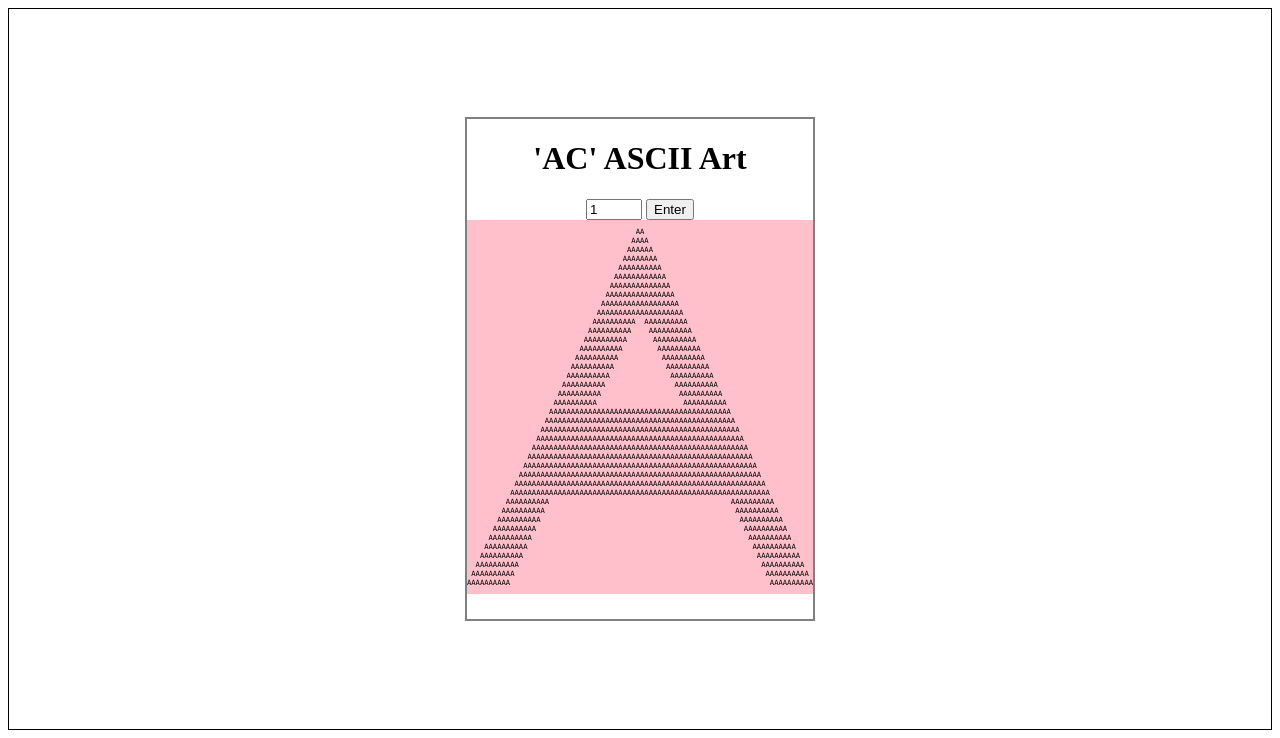
Repository: Achorn/ascii-art
Page: index.html
An editor plug-in stored every save of this project. The page is shown before and after a run of saves, followed by the edit.
The browser window is 1280 px wide. The pictures show the whole page.

Above is the page before, as saved 2021-08-09 18:42:02.

After the next 4 saves:
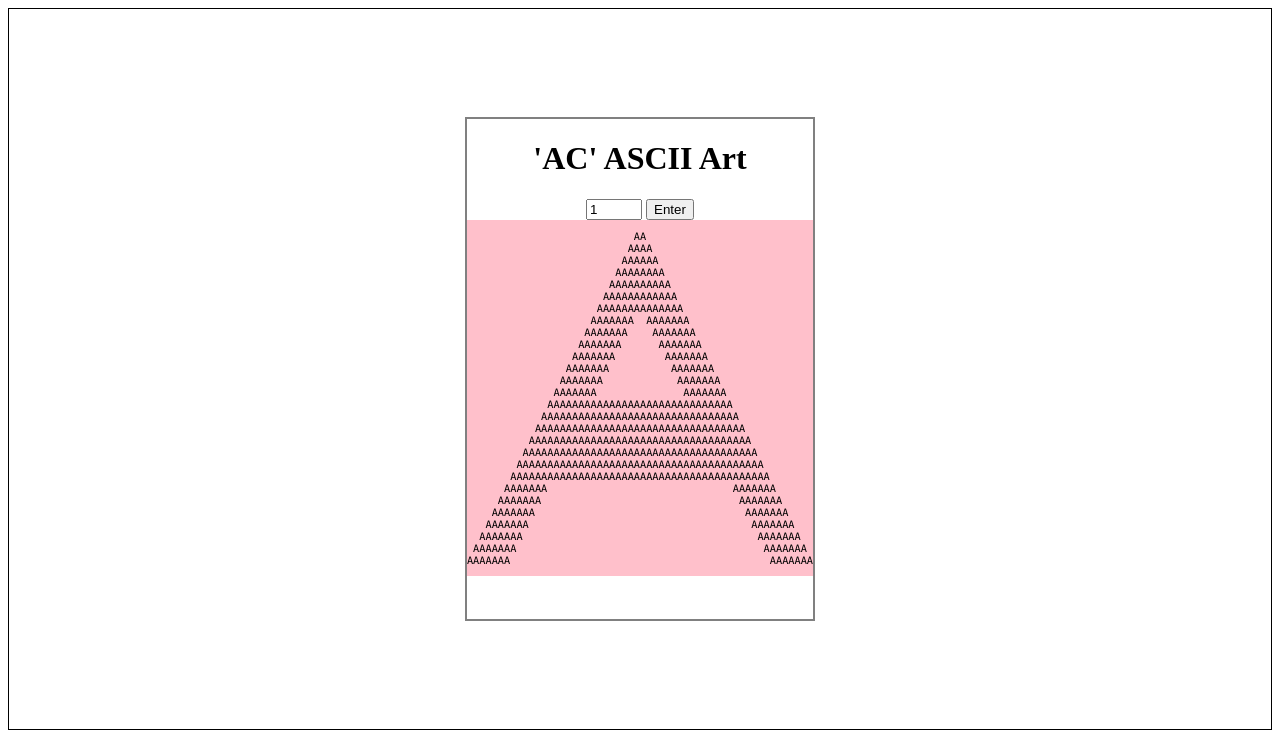
The 4 saves are shown as one change because they came seconds apart.
The last was saved 12 s later.
--- a/myscripts.js
+++ b/myscripts.js
@@ -73,7 +73,7 @@
 
 let monoA = document.getElementById("mono-a");
 let monoC = document.getElementById("mono-c");
-let scale = 10;
+let scale = 7;
 let scaledFour = scaleSpread(four, scale);
 trimA(scaledFour, scale);
 

After the save that followed:
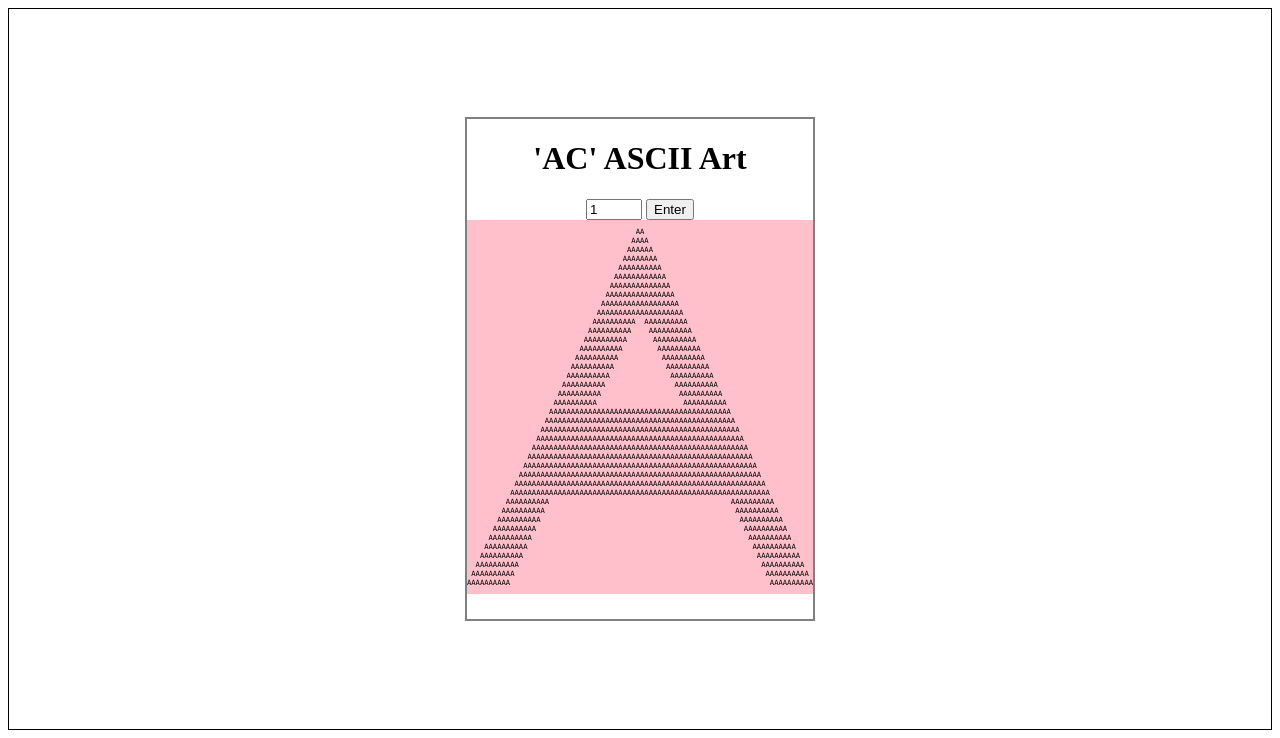
Saved 4 s later.
--- a/myscripts.js
+++ b/myscripts.js
@@ -73,7 +73,7 @@
 
 let monoA = document.getElementById("mono-a");
 let monoC = document.getElementById("mono-c");
-let scale = 7;
+let scale = 10;
 let scaledFour = scaleSpread(four, scale);
 trimA(scaledFour, scale);
 
